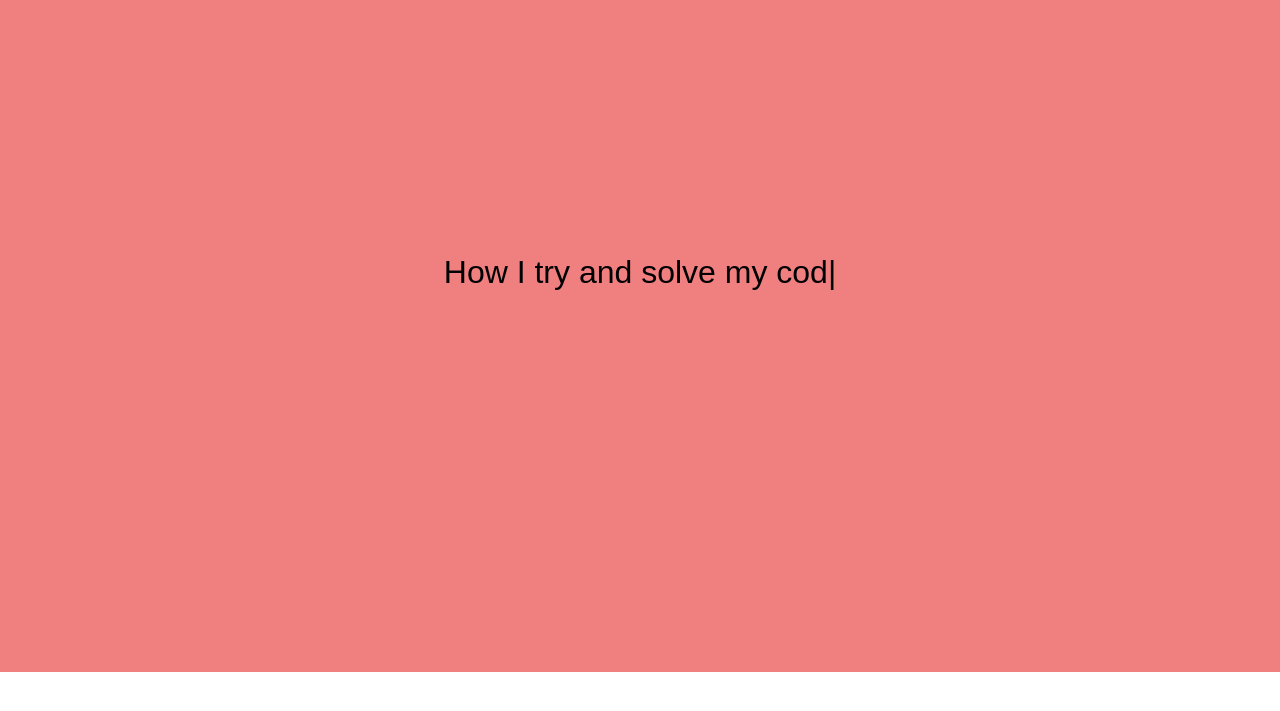
Repository: chashoff/portfolio-winner
Page: /blog (app in reactjs/)
The author's editor kept a copy of each file at every save. The page is drawn from the files as they stood at one save, then again after the next save.
The browser window is 1280 px wide. The pictures show the whole page.
The project was rebuilt for these pictures with package versions that can differ from the ones it lists, and the page was loaded fresh each time. Also part of the build but not shown: reactjs/src/styles/Home.css, reactjs/src/components/gridItem/index.js, reactjs/src/components/social/index.css, reactjs/src/components/social/index.js, reactjs/src/views/Home.js, reactjs/src/views/About.js, reactjs/src/views/Projects.js, reactjs/src/views/Contact.js.

Above is the page before, as saved 2020-05-24 00:45:53.

### reactjs/src/index.css
html, body, div, span, applet, object, iframe,
h1, h2, h3, h4, h5, h6, p, blockquote, pre,
a, abbr, acronym, address, big, cite, code,
del, dfn, em, img, ins, kbd, q, s, samp,
small, strike, strong, sub, sup, tt, var,
b, u, i, center,
dl, dt, dd, ol, ul, li,
fieldset, form, label, legend,
table, caption, tbody, tfoot, thead, tr, th, td,
article, aside, canvas, details, embed,
figure, figcaption, footer, header, hgroup,
menu, nav, output, ruby, section, summary,
time, mark, audio, video {
	margin: 0;
	padding: 0;
	border: 0;
	font-size: 64.5%;
	font: inherit;
	vertical-align: baseline;
}
/* HTML5 display-role reset for older browsers */
article, aside, details, figcaption, figure,
footer, header, hgroup, menu, nav, section {
	display: block;
}
html {
	font-family: Arial, Helvetica, sans-serif;
}
body {
	line-height: 1;
}
ol, ul {
	list-style: none;
}
blockquote, q {
	quotes: none;
}
blockquote:before, blockquote:after,
q:before, q:after {
	content: '';
	content: none;
}
table {
	border-collapse: collapse;
	border-spacing: 0;
}

code {
  font-family: source-code-pro, Menlo, Monaco, Consolas, 'Courier New',
    monospace;
}

h1 {
	font-size: 2rem;
}

### reactjs/src/App.js
import React from 'react';
import Routes from './components/routes';

function App() {
  return (
      <Routes />
  );
}

export default App;

### reactjs/src/components/routes/index.js
import React from "react";
import { BrowserRouter as Router, Switch, Route } from "react-router-dom";
import Home from '../../views/Home';
import About from "../../views/About";
import Projects from "../../views/Projects";
import Blog from "../../views/Blog";
import Contact from "../../views/Contact";

const Routes = () => (
    <Router>
        <Switch>
            <Route exact component={Home} path="/" />
            <Route exact component={Blog} path="/blog" />
            <Route component={About} path="/about" />
            <Route component={Projects} path="/projects" />
            <Route component={Contact} path="/contact" />
        </Switch>
    </Router>
)
export default Routes;

### reactjs/src/views/Blog.js
import React, { Component } from 'react';
import Typed from 'react-typed';
import "../styles/Blog.css";

class Blog extends Component {
    render() {
        return (
            <div>
                <div className="hero-container">
                    <div style={{ display: 'flex', justifyContent: 'center', alignItems: 'center'}}>
                        <Typed
                        strings={[
                            'How I solve my coding problems!',
                            'How I try and solve my coding problems...']}
                            typeSpeed={40}
                            backSpeed={50}
                            className="typed-js"
                            ></Typed>
                    </div>
                </div>
            </div>
        )
    }
}
export default Blog;

### reactjs/src/styles/Blog.css
.hero-container {
    background-color: lightcoral;
}
.typed-js {
    margin: 8em 0 12em 0;
    font-size: 2em;
}

Loaded but not shown: reactjs/public/index.html (common file); reactjs/src/index.js (common file)

After the next save:
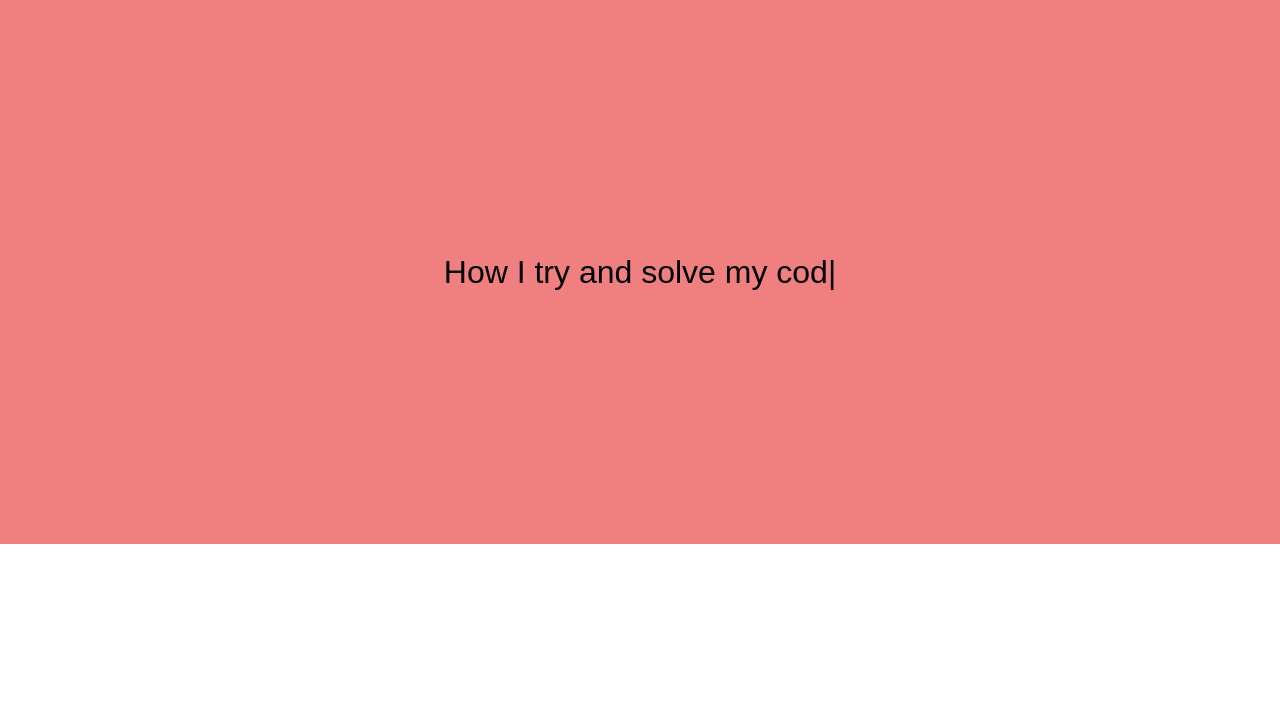
Saved 5 s later.
--- a/reactjs/src/styles/Blog.css
+++ b/reactjs/src/styles/Blog.css
@@ -2,6 +2,6 @@
     background-color: lightcoral;
 }
 .typed-js {
-    margin: 8em 0 12em 0;
+    margin: 8em 0 8em 0;
     font-size: 2em;
 }
